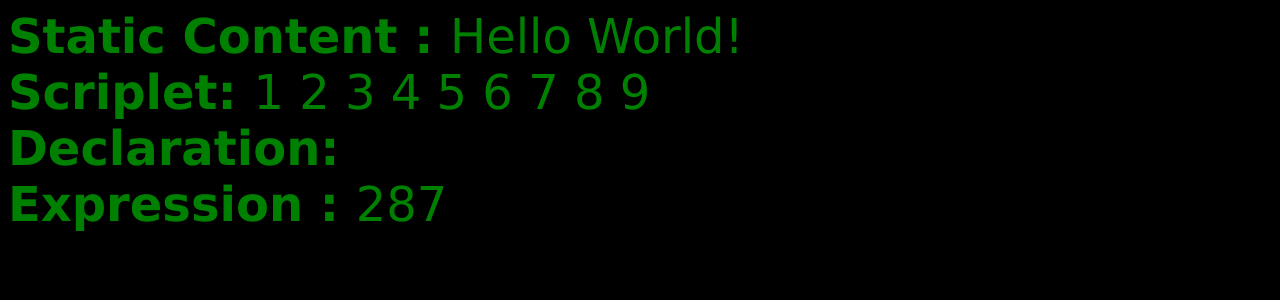
Repository: Lasya-Kankata/FSD_with_java
Page: http://localhost/JspApp/
An editor plug-in stored every save of this project. The page is shown before and after a run of saves, followed by the edit.
The browser window is 1280 px wide. The pictures show the whole page.
The page is served by Tomcat 9.

Above is the page before, as saved 2024-06-05 06:27:51.

After the next 3 saves:
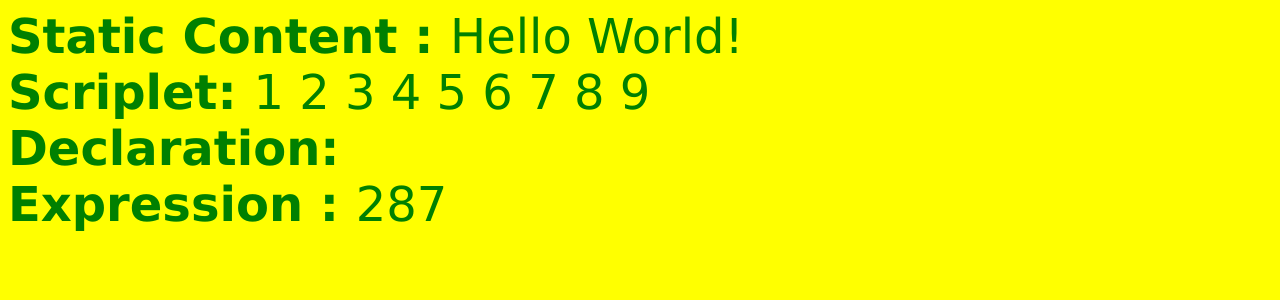
The 3 saves are shown as one change because 2 did not build or start.
The last was saved 5 min 27 s later.
--- a/JspApp/src/main/webapp/index.jsp
+++ b/JspApp/src/main/webapp/index.jsp
@@ -8,7 +8,7 @@
 <head>
 <%-- <meta http-equiv="Content-Type" content="text/html; charset=UTF-8" > --%>
 </head>
-<body bgcolor="black">
+<body bgcolor="yellow">
 	<font face="verdana" size="20" color="green">
 		<b>Static Content : </b>Hello World!
 		<br>
